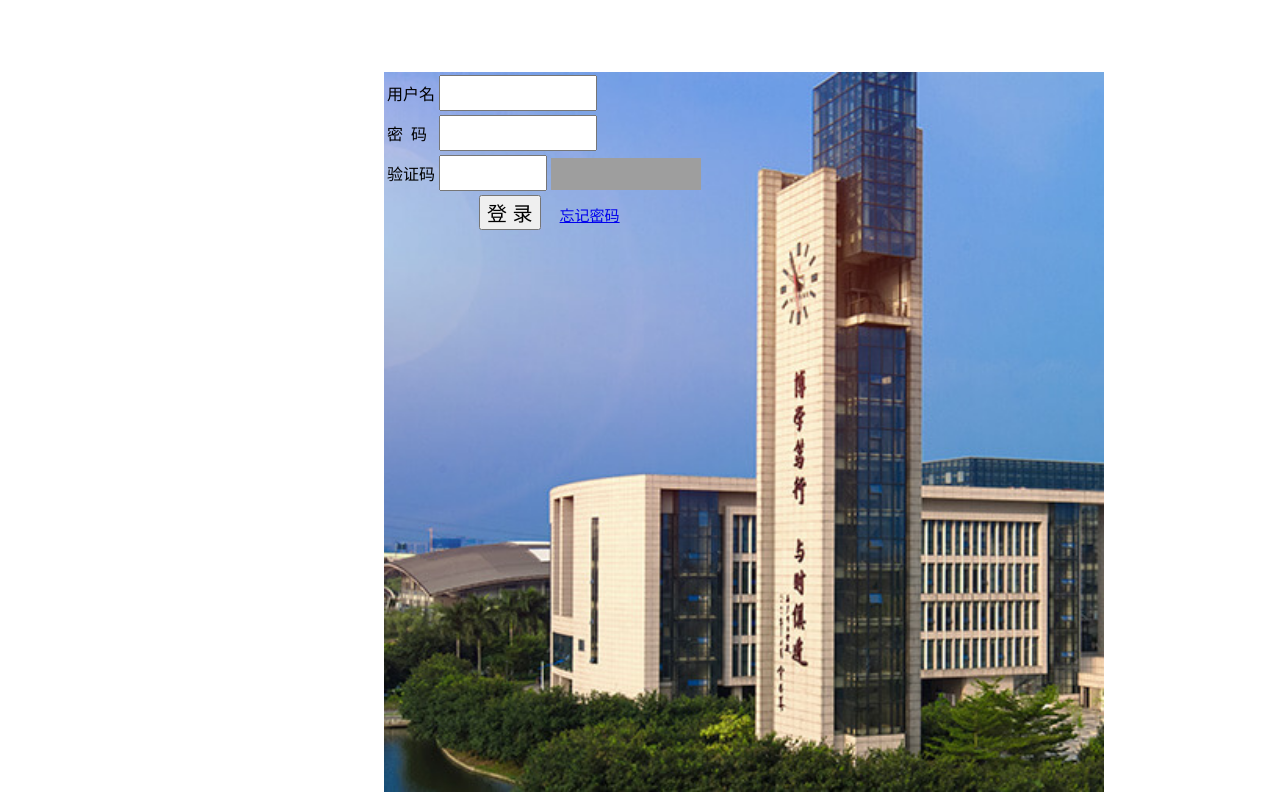
Repository: IAmJiangWenHao/ReportServer
Page: demo.html
These files come from the project's save history. The page is drawn as it stood at one moment and after the next save; the edit follows.
The browser window is 1280 px wide. The pictures show the whole page.
Pictures or frames that could not be fetched are drawn as grey boxes.

Above is the page before, as saved 2023-05-16 11:56:16.

### demo.html
<!DOCTYPE html>
<html>
  <head>
    <meta http-equiv="Content-Type" content="text/html; charset=UTF-8">
    <title>登录</title>
  </head>
  <body>
    <style>
      dfv{
        width: 100vh;
        height:100vh;
        position: absolute;
        top: 10%;
        left: 30%;
        background-image: url('./web/img/gzdx-bg.jpg');
  background-size: cover;
  background-position: center;
      }
    </style>

    <script type="text/javascript"> //这里是JavaScript
      window.onload = function () {
        document.getElementById("img").onclick = function () {
          /*document.getElementById()通过元素的id来获取元素，
           .getElementById("img")先获取"img" 元素；
           然后.onclick()，点击触发一个事件，这个事件发生会执行funciton()函数。
           目的:点击id为img的页面元素时会触发funciton函数。生成验证码*/
          this.src = "CheckcodeServlet?time" + new Date().getTime();
          //new Date().getTime()增加时间戳来更换验证码图片
        };
      };

    </script>
    <script type="text/javascript">
    //检查输入是否为空
      function Check() {
        const username = document.form1.username.value;
        const password = document.form1.password.value;
        const checkcode = document.form1.checkcode.value;

        if (!username) {
          alert("用户名不能为空！");
          document.form1.username.focus();
          return false;
        }

        if (!password) {
          alert("密码不能为空！");
          document.form1.password.focus();
          return false;
        }

        if (!checkcode) {
          alert("验证码不能为空！");
          document.form1.checkcode.focus();
          return false;
        }

        return true;
      }
    </script>

  <dfv>
 <form action="LoginServlet" method="post" name="form1" onSubmit="return Check()">
        <!-- form属性action="LoginServlet"中，LoginServlet待后续实现，用于处理请求-->
        <table>

          <tr>
            <td>用户名</td>
            <td><input style="width:150px;height:30px;" type="text" name="username" size="20"></td>
          </tr>
          <tr>
            <td>密&nbsp;&nbsp;码</td>
            <td><input style="width: 150px;height:30px;" type="password" name="password" size="20"></td>
          </tr>
          <tr>
            <td>验证码</td>
            <td><input style="width: 100px;height:30px;" type="text" name="checkcode" size="15">
              <img style="width:150px;height:32px;" id="img" src="CheckcodeServlet"  alt="[验证码待续]" align="center">
              <!-- id为img的页面元素,显示验证码图像；src="CheckcodeServlet"中，CheckcodeServlet待后续实现-->
            </td>
          </tr>
          <tr><td></td>
            <td><input style="margin-left:40px;font-size:20px;" type="submit" value="登&nbsp;录">
              <font style="font-size:15px">&nbsp;&nbsp;&nbsp;&nbsp;<a href="forgetPassword.jsp">忘记密码 </a> </font></td>
          </tr>
        </table>
      </form>
    </div>
  </body>
</html>

After the next save:
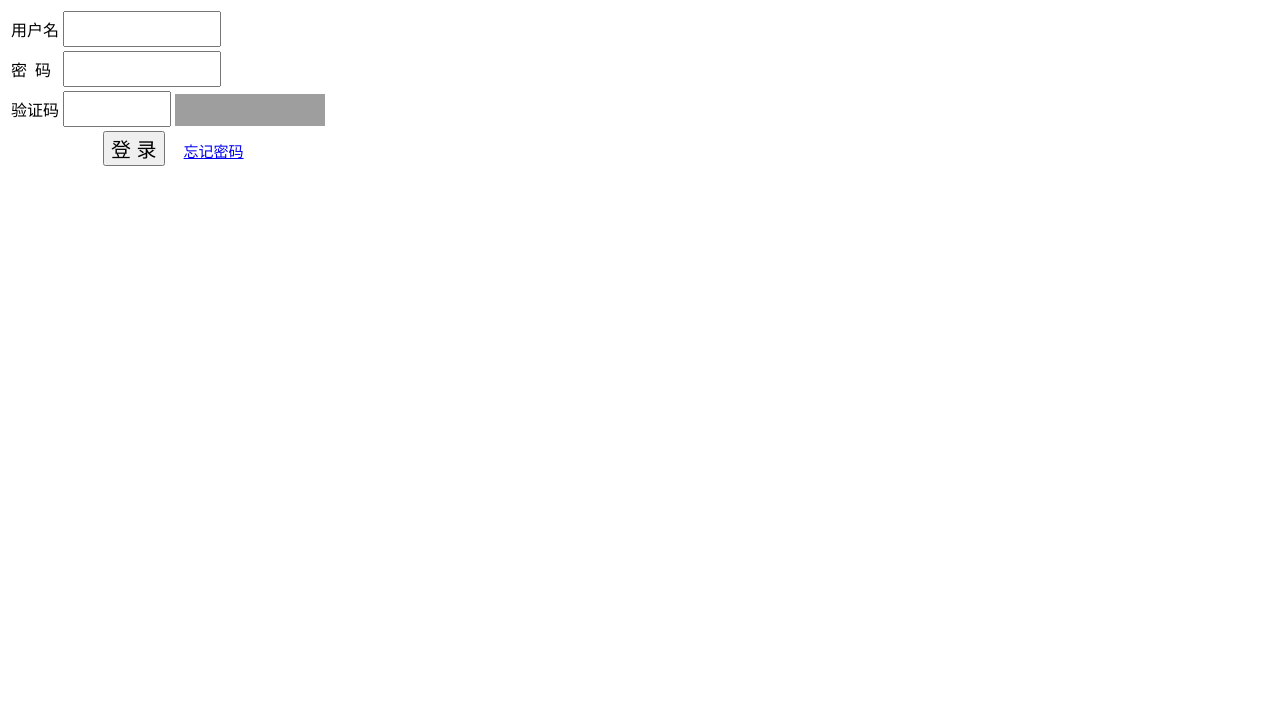
Saved 15 s later.
--- a/demo.html
+++ b/demo.html
@@ -9,9 +9,6 @@
       dfv{
         width: 100vh;
         height:100vh;
-        position: absolute;
-        top: 10%;
-        left: 30%;
         background-image: url('./web/img/gzdx-bg.jpg');
   background-size: cover;
   background-position: center;
